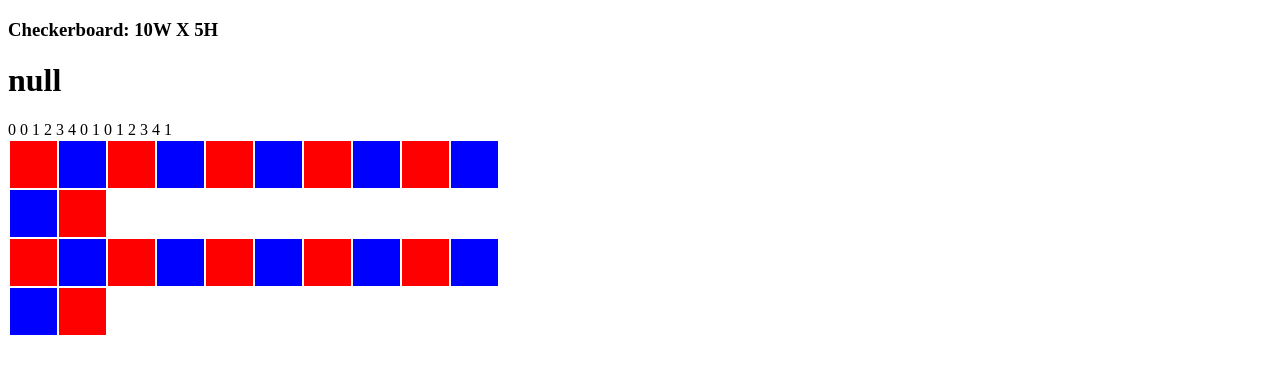
Repository: ben-mandakh/Java-Projects
Page: http://localhost/CheckerBoard/CheckerBoard.jsp
These files come from the project's save history. The page is drawn as it stood at one moment and after the next save; the edit follows.
The browser window is 1280 px wide. The pictures show the whole page.
The page is served by Tomcat 9.

Above is the page before, as saved 2019-08-09 02:52:02.

### CheckerBoard/WebContent/CheckerBoard.jsp
<%@ page language="java" contentType="text/html; charset=ISO-8859-1"
    pageEncoding="ISO-8859-1"%>
<!DOCTYPE html>
<html>
<head>
<meta charset="ISO-8859-1">
<title>Checker Board</title>
</head>
<body>


	<h3> Checkerboard: 10W X 5H</h3>
	<!-- getting the value for the name parameter -->
    <% String req = request.getParameter("name"); %>
    <!-- displaying the value -->
    <h1><%= req %></h1>



	<table>
	   <% for(int i = 0; i<2; i++){ %>
		<tr>  <%= i %>
		 <% for(int j = 0; j<5; j++){ %>
		 	<%= j %>
			<th style="width:45px; height:45px; background-color: red"> </th>
			<th style="width:45px; height:45px; background-color: blue"> </th>
			<% } %>
			 <%= i %>
		</tr>
		<tr>

			<th style="width:45px; height:45px; background-color: blue"> </th>
			<th style="width:45px; height:45px; background-color: red"> </th>

		</tr>
		<% } %>
	</table>




</body>
</html>

After the next save:
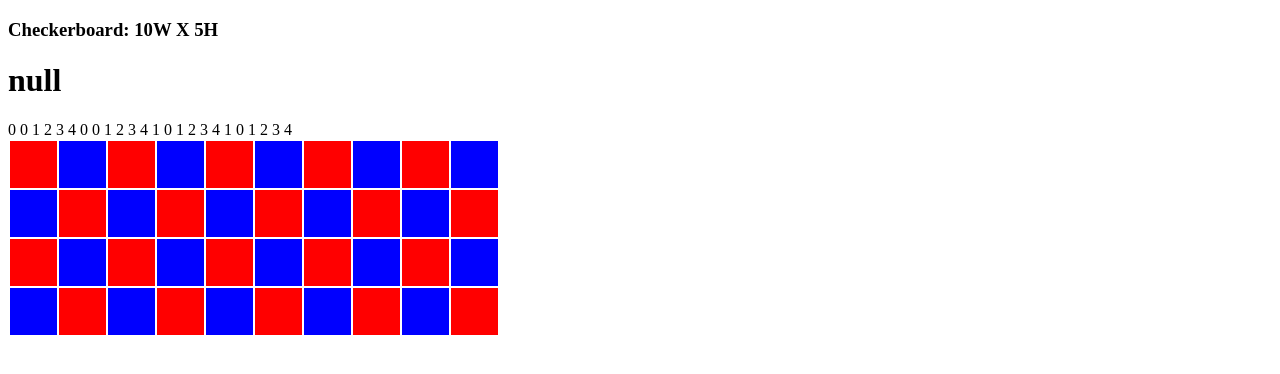
Saved 55 s later.
--- a/CheckerBoard/WebContent/CheckerBoard.jsp
+++ b/CheckerBoard/WebContent/CheckerBoard.jsp
@@ -28,10 +28,11 @@
 			 <%= i %>
 		</tr>
 		<tr>
-
+			<% for(int j = 0; j<5; j++){ %>
+		 	<%= j %>
 			<th style="width:45px; height:45px; background-color: blue"> </th>
 			<th style="width:45px; height:45px; background-color: red"> </th>
-
+		 	<% } %>
 		</tr>
 		<% } %>
 	</table>
